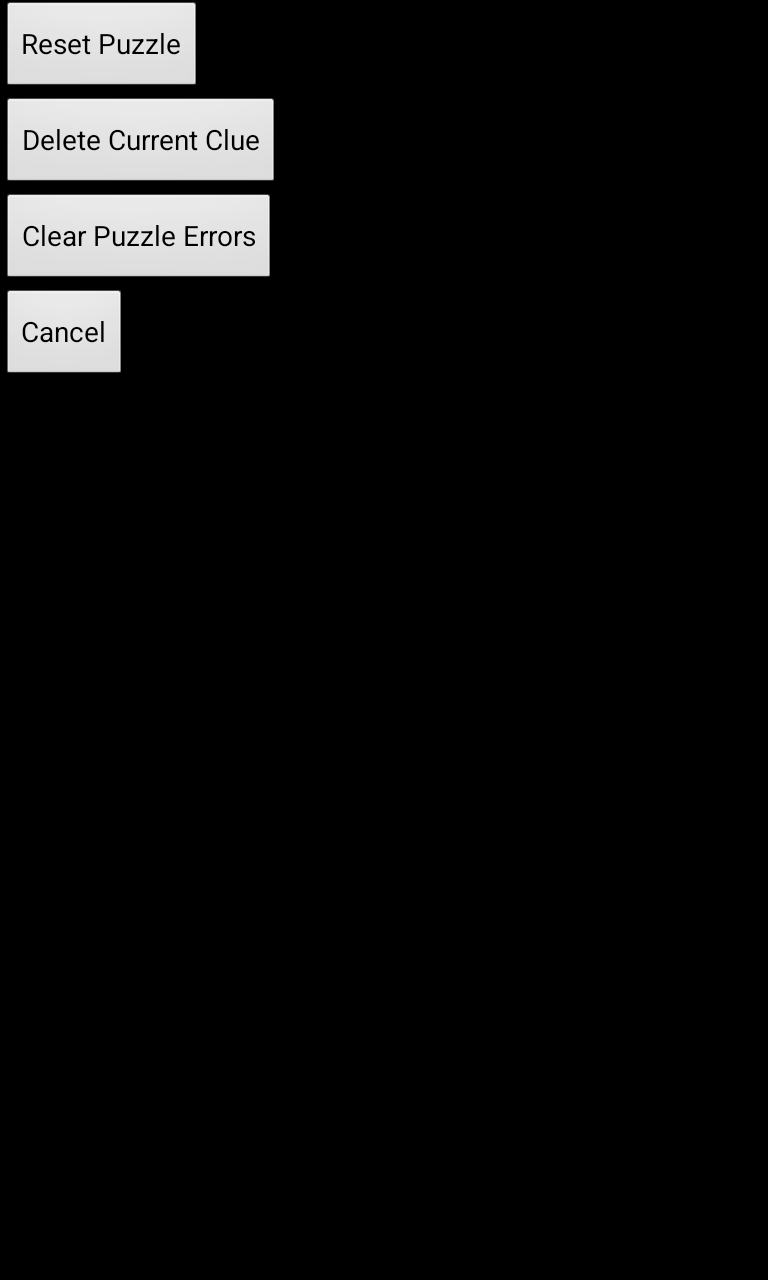
Repository: simplesns/workspace
Layout: eclipse/DEPuzzles/res/layout/dialog_crosswords_clear.xml
The author's editor kept a copy of each file at every save. The layout is drawn from the files as they stood at one save, then again after the next save.
It is drawn on a 768 x 1280 px phone screen (xhdpi) without system bars, with theme android:Theme; the app's code is not run.

Above is the layout before, as saved 2011-01-28 06:52:07.

After the next save:
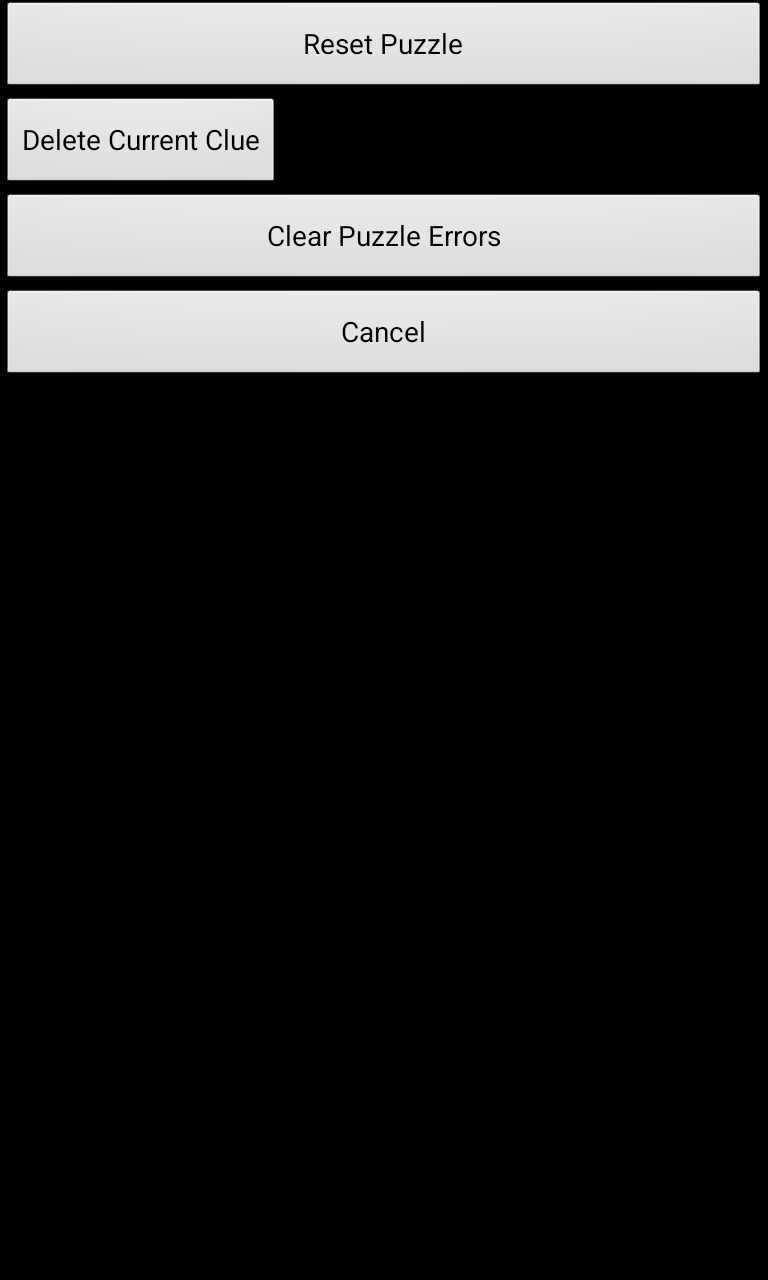
Saved 40 s later.
--- a/eclipse/DEPuzzles/res/layout/dialog_crosswords_clear.xml
+++ b/eclipse/DEPuzzles/res/layout/dialog_crosswords_clear.xml
@@ -2,8 +2,8 @@
 <LinearLayout
   xmlns:android="http://schemas.android.com/apk/res/android"
   android:layout_width="wrap_content" android:layout_height="wrap_content" android:orientation="vertical">
-<Button android:id="@+id/Button01" android:layout_width="wrap_content" android:layout_height="wrap_content" android:text="Reset Puzzle"></Button>
-<Button android:id="@+id/Button04" android:layout_width="wrap_content" android:layout_height="wrap_content" android:text="Delete Current Clue"></Button><Button android:id="@+id/Button03" android:layout_width="wrap_content" android:layout_height="wrap_content" android:text="Clear Puzzle Errors"></Button><Button android:id="@+id/Button02" android:layout_width="wrap_content" android:layout_height="wrap_content" android:text="Cancel"></Button>
+<Button android:id="@+id/Button01" android:layout_height="wrap_content" android:text="Reset Puzzle" android:layout_width="fill_parent"></Button>
+<Button android:id="@+id/Button04" android:layout_height="wrap_content" android:text="Delete Current Clue" android:layout_width="wrap_content"></Button><Button android:id="@+id/Button03" android:layout_height="wrap_content" android:text="Clear Puzzle Errors" android:layout_width="fill_parent"></Button><Button android:id="@+id/Button02" android:layout_height="wrap_content" android:text="Cancel" android:layout_width="fill_parent"></Button>
 
 
 </LinearLayout>
